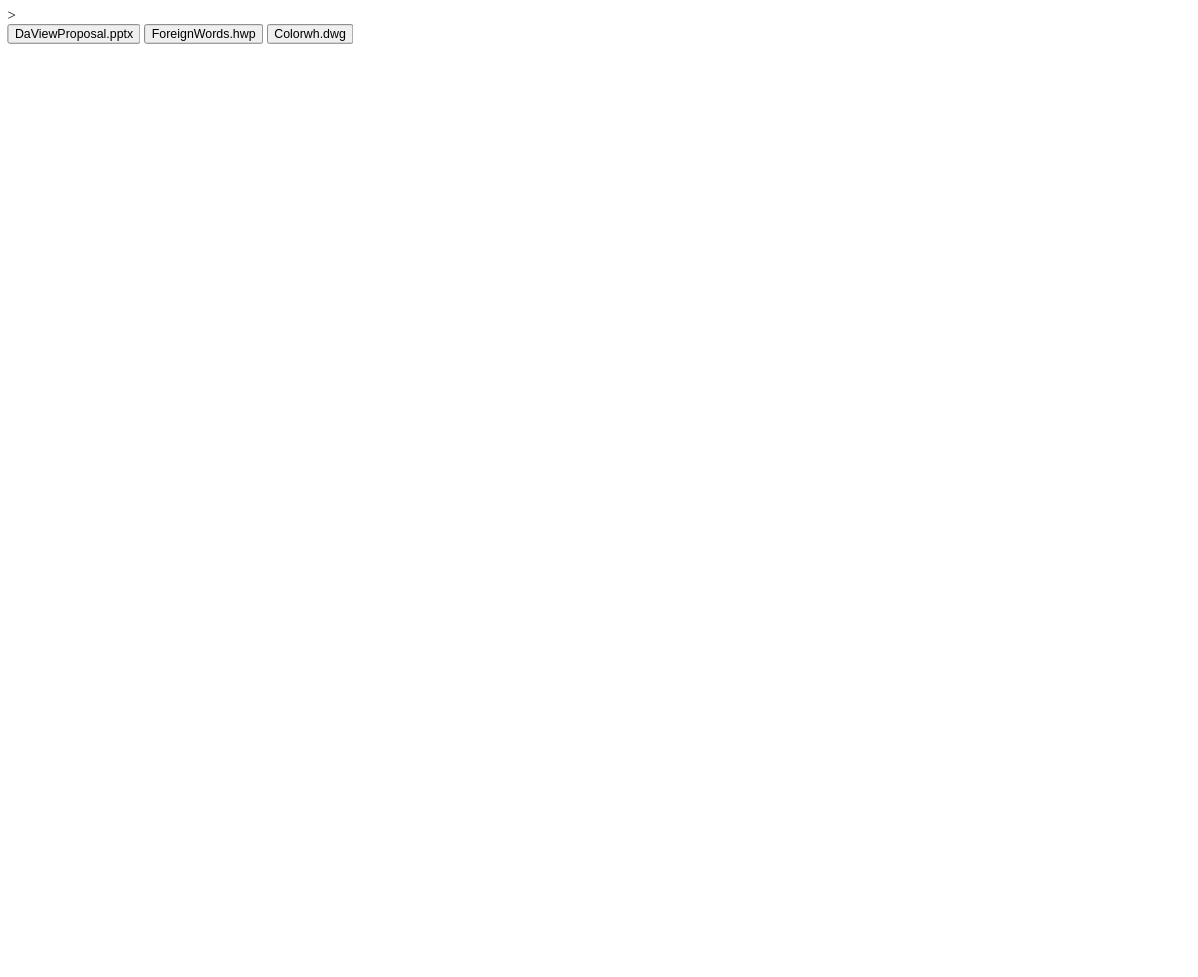
Repository: kalmia26/Capstone
Page: http://localhost/LectureSystem/pptView.jsp
An editor plug-in stored every save of this project. The page is shown before and after the next save, followed by the edit.
The browser window is 1280 px wide. The page is 1288 px wide, so the pictures cover 1288 px, including what lies to the right of the window. The pictures show the whole page, at 93% of full size.
The page is served by Tomcat 9.

Above is the page before, as saved 2017-05-31 04:42:14.

After the next save:
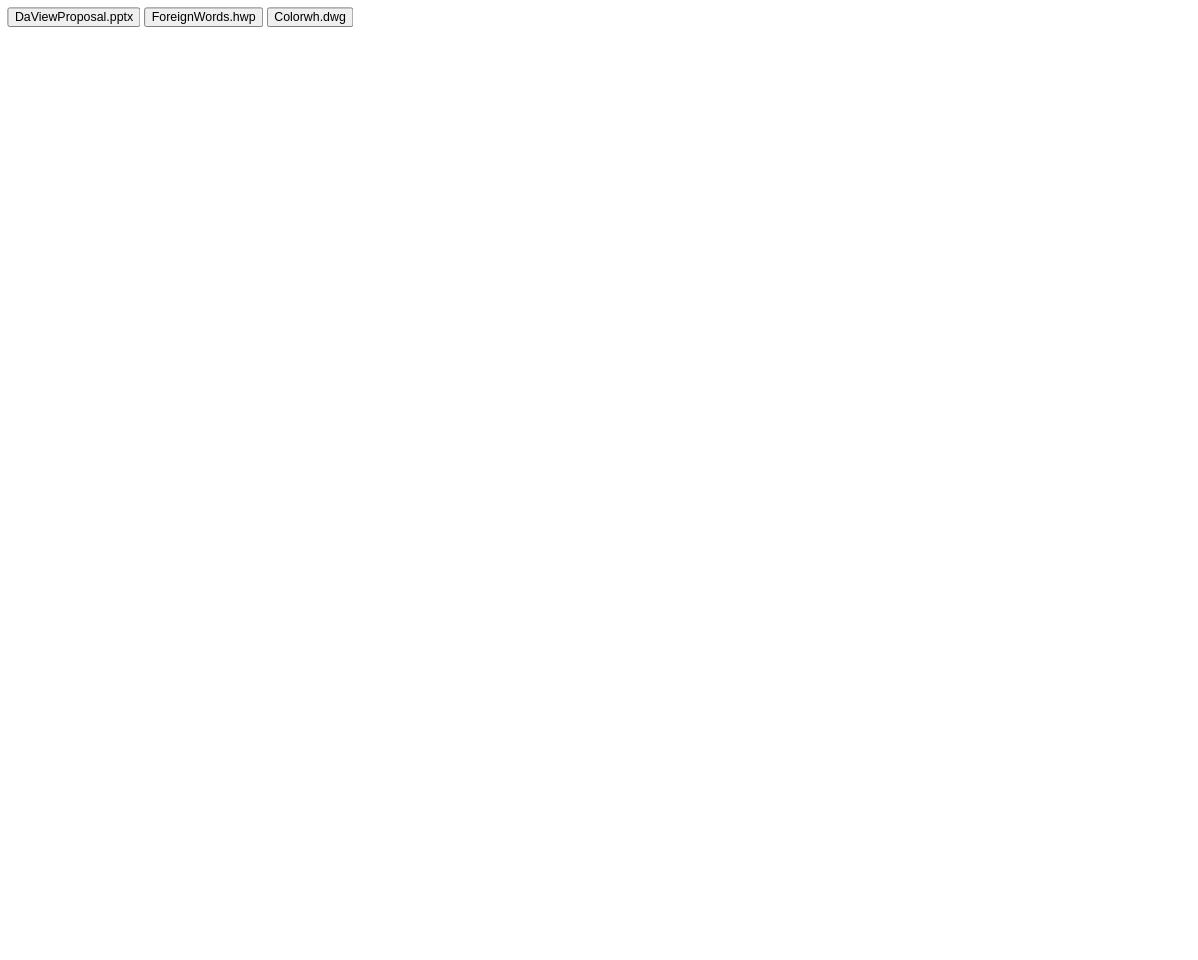
Saved 14 s later.
--- a/LectureSystem/WebContent/pptView.jsp
+++ b/LectureSystem/WebContent/pptView.jsp
@@ -1,6 +1,7 @@
 <%@ page language="java" contentType="text/html; charset=EUC-KR"
     pageEncoding="EUC-KR"%>
-<!DOCTYPE HTML PUBLIC "-//W3C//DTD HTML 4.01 Transitional//EN" "http://www.w3.org/TR/html4/loose.dtd"> <html>>
+<!DOCTYPE HTML PUBLIC "-//W3C//DTD HTML 4.01 Transitional//EN" "http://www.w3.org/TR/html4/loose.dtd">
+<html>
 <head>
 <meta http-equiv="Content-Type" content="text/html; charset=EUC-KR">
 <title>Insert title here</title>
